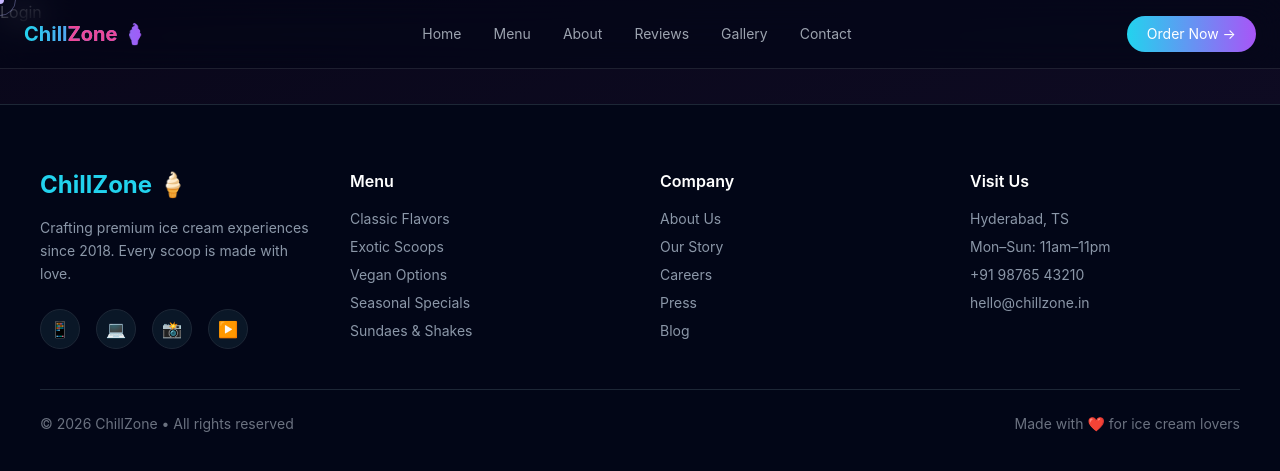
Repository: AMIREDDYRAKEY/chill-zone-
Page: /login
An editor plug-in stored every save of this project. The page is shown before and after a run of saves, followed by the edit.
The browser window is 1280 px wide. The pictures show the whole page.
The project was rebuilt for these pictures with package versions that can differ from the ones it lists, and the page was loaded fresh each time. Also part of the build but not shown: vite.config.js, src/components/Hero.jsx, src/components/Marquee.jsx, src/components/TabsMenu.jsx, src/components/Ourspecialites.jsx, src/components/Aboutus.jsx, src/components/Gallery.jsx, src/components/Feedback.jsx.

Above is the page before, as saved 2026-05-06 12:21:57.

After the next 2 saves:
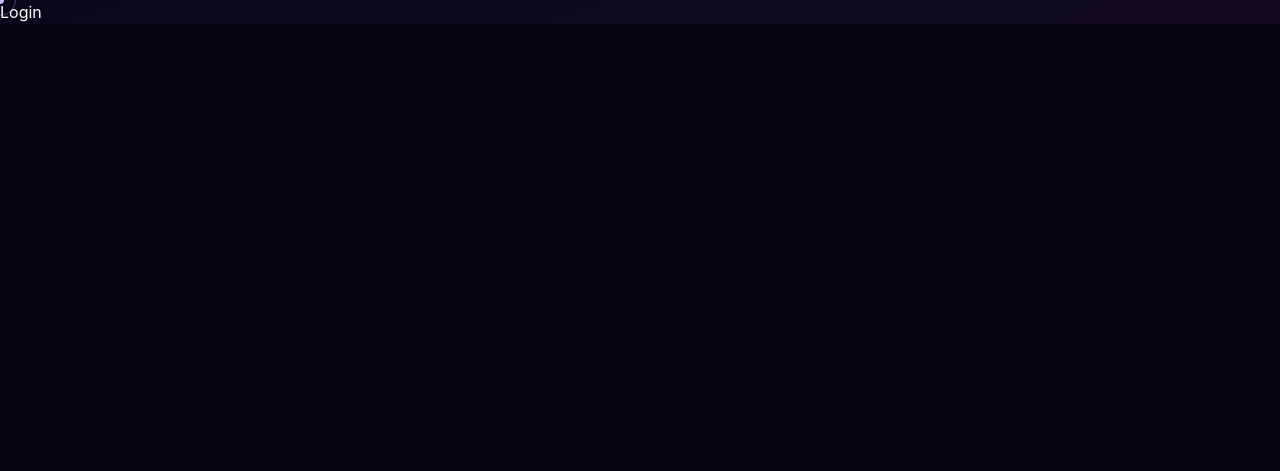
The 2 saves are shown as one change because they came seconds apart.
The last was saved 17 s later.
--- a/src/App.jsx
+++ b/src/App.jsx
@@ -41,14 +41,14 @@ const App = () => {
   return (
     <div style={{ background: "linear-gradient(160deg, #09071a 0%, #0e0b22 60%, #120920 100%)" }}>
 
-      <Navbar />
+
 
       <Routes>
         <Route path="/" element={<Home />} />
         <Route path="/login" element={<Login />} />
       </Routes>
 
-      <Footer />
+
     </div>
   )
 }
